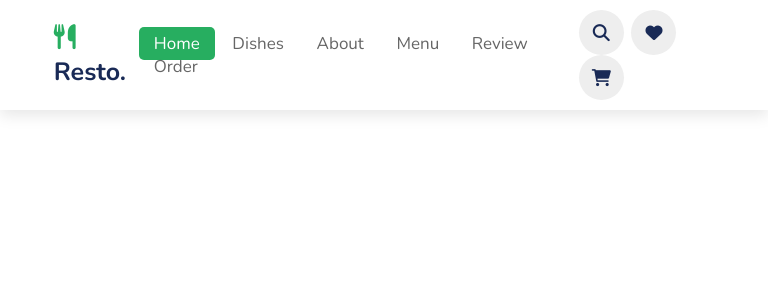
Repository: CarsonDev1/FoodWeb
Page: index.html
The author's editor kept a copy of each file at every save. The page is drawn from the files as they stood at one save, then again after the next save.
The browser window is 768 px wide. The pictures show the whole page.
Some web libraries are served in a nearby version.

Above is the page before, as saved 2022-05-18 18:05:29.

After the next save:
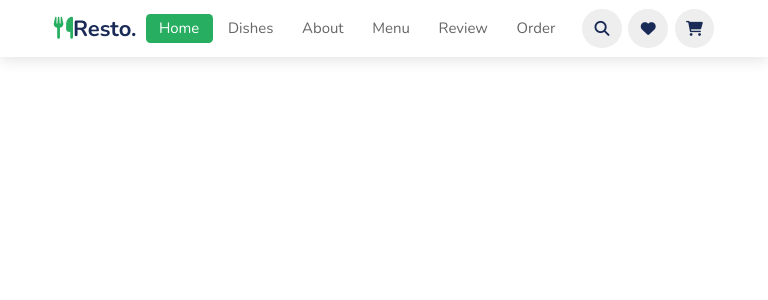
Saved 13 s later.
--- a/css/style.css
+++ b/css/style.css
@@ -79,6 +79,6 @@ header .icons #menu-bars {
 /* media queries */
 @media (max-width: 991px) {
   html {
-    font-size: 62.5%;
+    font-size: 55%;
   }
 }
